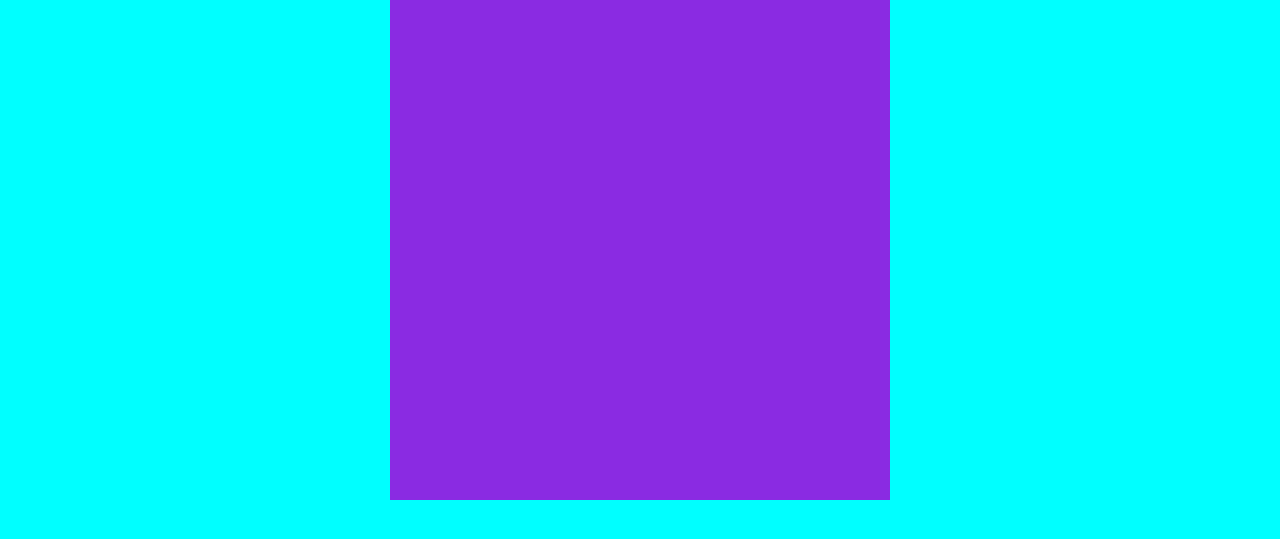
Repository: Daniel009980/daniel0099980
Page: minmax/index.html
These files come from the project's save history. The page is drawn as it stood at one moment and after the next save; the edit follows.
The browser window is 1280 px wide. The pictures show the whole page.

Above is the page before, as saved 2022-09-18 22:46:58.

### minmax/index.html
<!DOCTYPE html>
<html lang="en">
<head>
    <meta charset="UTF-8">
    <meta http-equiv="X-UA-Compatible" content="IE=edge">
    <meta name="viewport" content="width=device-width, initial-scale=1.0">
    <title>minmax</title>
    <link rel="stylesheet" href="./style.css">
</head>
<body>
    <main>
        <section></section>
    </main>
</body>
</html>

### minmax/style.css
*{
    box-sizing: border-box;
    margin: 0;
    padding: 0;
}

main{
    width: 100vw;
    height: 100vh;
    background-color: aqua;
}

section{
    width: 80%;
    min-width: 320px;
    max-width: 500px;               /* esto es para delimitar el tamaño del ancho de la seccionq ue estamos mandando a llamar */
    height: 500px;
    margin: 0 auto;                         /* aqui significa que le agregue 0 de arriba y abajo pero que de los lados lo ajuste automaticamente por eso queda cemtrado */
    background-color: blueviolet;
}

After the next save:
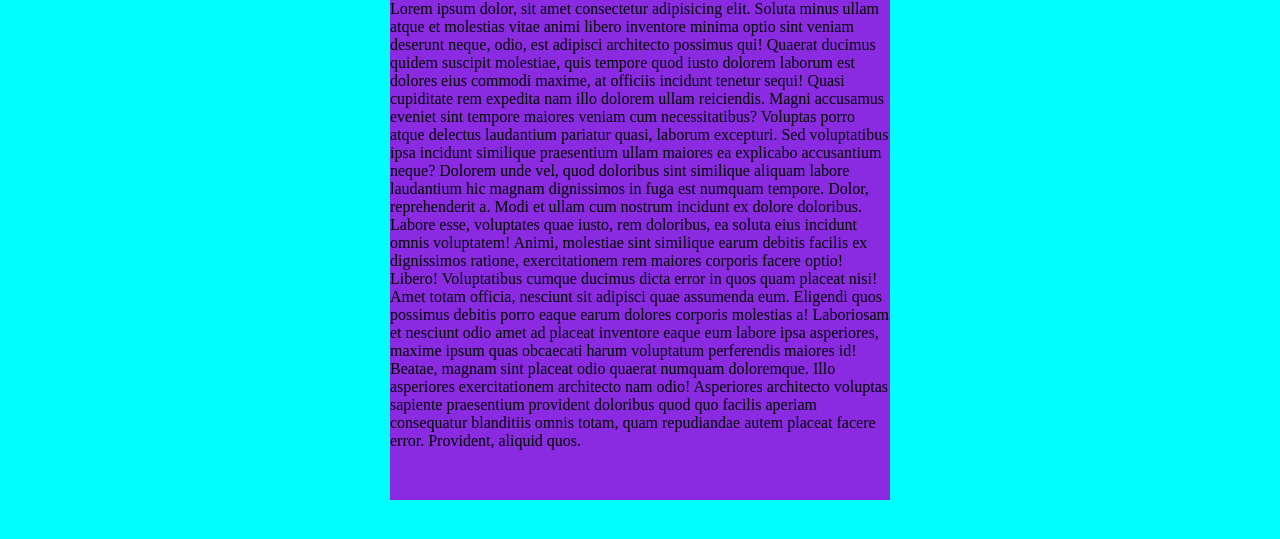
Saved 92 s later.
--- a/minmax/index.html
+++ b/minmax/index.html
@@ -9,7 +9,16 @@
 </head>
 <body>
     <main>
-        <section></section>
+        <section>
+            <p>Lorem ipsum dolor, sit amet consectetur adipisicing elit. Soluta minus ullam atque et molestias vitae animi libero inventore minima optio sint veniam deserunt neque, odio, est adipisci architecto possimus qui!
+            Quaerat ducimus quidem suscipit molestiae, quis tempore quod iusto dolorem laborum est dolores eius commodi maxime, at officiis incidunt tenetur sequi! Quasi cupiditate rem expedita nam illo dolorem ullam reiciendis.
+            Magni accusamus eveniet sint tempore maiores veniam cum necessitatibus? Voluptas porro atque delectus laudantium pariatur quasi, laborum excepturi. Sed voluptatibus ipsa incidunt similique praesentium ullam maiores ea explicabo accusantium neque?
+            Dolorem unde vel, quod doloribus sint similique aliquam labore laudantium hic magnam dignissimos in fuga est numquam tempore. Dolor, reprehenderit a. Modi et ullam cum nostrum incidunt ex dolore doloribus.
+            Labore esse, voluptates quae iusto, rem doloribus, ea soluta eius incidunt omnis voluptatem! Animi, molestiae sint similique earum debitis facilis ex dignissimos ratione, exercitationem rem maiores corporis facere optio! Libero!
+            Voluptatibus cumque ducimus dicta error in quos quam placeat nisi! Amet totam officia, nesciunt sit adipisci quae assumenda eum. Eligendi quos possimus debitis porro eaque earum dolores corporis molestias a!
+            Laboriosam et nesciunt odio amet ad placeat inventore eaque eum labore ipsa asperiores, maxime ipsum quas obcaecati harum voluptatum perferendis maiores id! Beatae, magnam sint placeat odio quaerat numquam doloremque.
+            Illo asperiores exercitationem architecto nam odio! Asperiores architecto voluptas sapiente praesentium provident doloribus quod quo facilis aperiam consequatur blanditiis omnis totam, quam repudiandae autem placeat facere error. Provident, aliquid quos.</p>
+        </section>
     </main>
 </body>
 </html>
